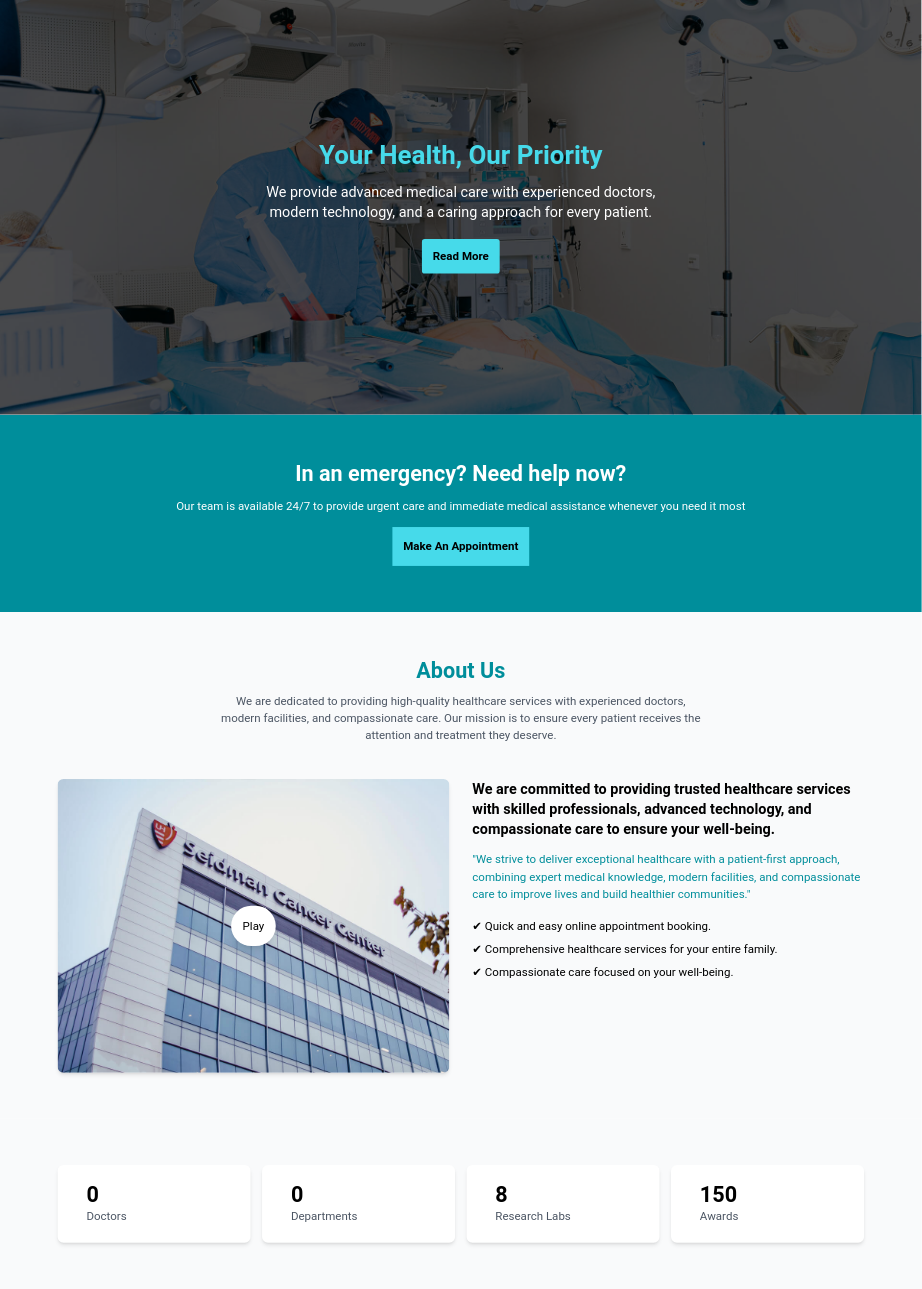
Repository: ahmedkhaleddev02-del/DoctorAppointment-MERN
Page: / (app in frontend/frontend/)
These files come from the project's save history. The page is drawn as it stood at one moment and after a run of saves; the edit follows.
The browser window is 1280 px wide. The pictures show the whole page, at 72% of full size.
The page's requests for data from a server got no answer. The project was rebuilt for these pictures with package versions that can differ from the ones it lists, and the page was loaded fresh each time. No one was signed in, and anything a server would have sent is missing.

Above is the page before, as saved 2025-07-27 22:53:17.

After the next 2 saves:
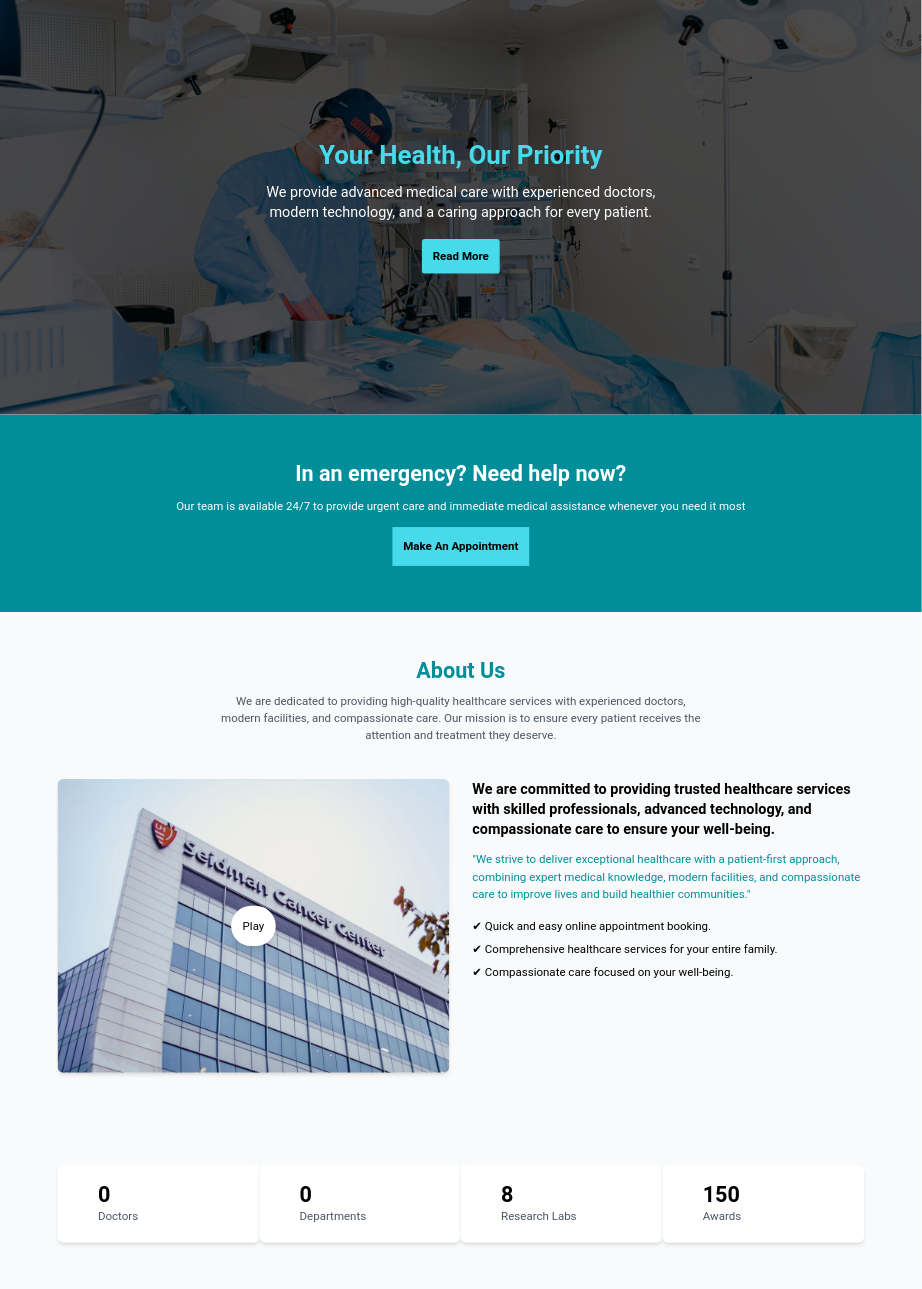
The 2 saves are shown as one change because they came seconds apart.
The last was saved 10 s later.
--- a/frontend/frontend/src/components/Stats.jsx
+++ b/frontend/frontend/src/components/Stats.jsx
@@ -57,10 +57,10 @@
   return (
     <section className='py-16 bg-gray-50'>
         <div className='max-w-6xl mx-auto px-4 '>
-            <div className='grid lg:grid-cols-4 gap-4 md:grid-cols-2 sm:grid-cols-1'>
+            <div className='grid lg:grid-cols-4  md:grid-cols-2 sm:grid-cols-1'>
 
                 {stats.map((item,index)=> (
-                    <div  className="flex items-center justify-start space-x-4 bg-white shadow-md rounded-lg p-6 hover:shadow-lg transition" key={index}>
+                    <div  className="flex items-center justify-start space-x-4 bg-white shadow-md rounded-lg p-6 gap-4 hover:shadow-lg transition" key={index}>
 
                         <i className={`${item.icon} text-[#46daea] text-4xl`}></i>
 
